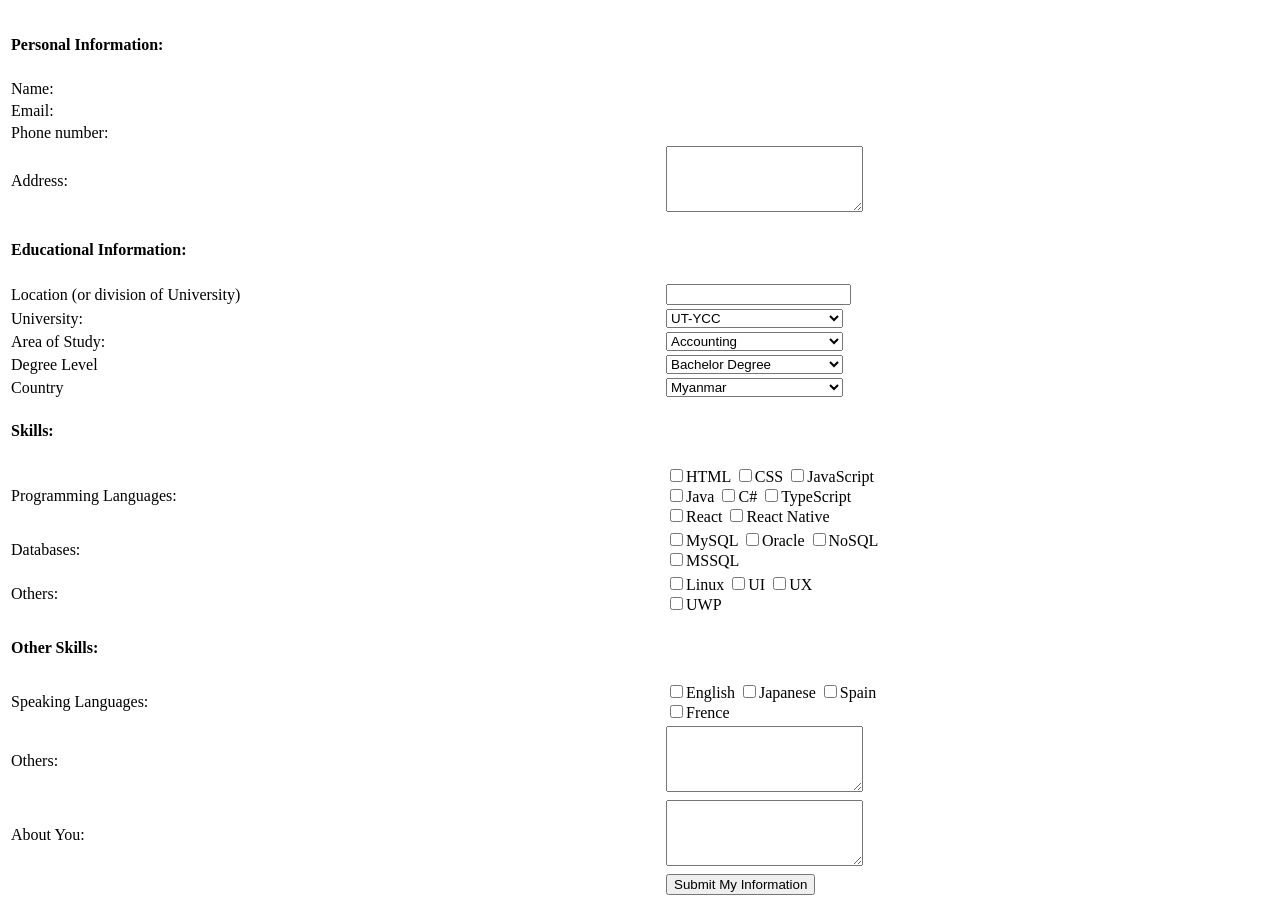
Repository: mrhpn/JavaEE--JSP-SERVLET
Page: http://localhost/JSP_JSTL/read-cv-form.jsp
The author's editor kept a copy of each file at every save. The page is drawn from the files as they stood at one save, then again after the next save.
The browser window is 1280 px wide. The pictures show the whole page.
The page is served by Tomcat 9.

Above is the page before, as saved 2021-04-01 11:04:59.

### JSP_JSTL/WebContent/read-cv-form.jsp
<%@ page language="java" contentType="text/html; charset=ISO-8859-1"
    pageEncoding="ISO-8859-1"%>
<!DOCTYPE html>
<html>
<head>
<meta charset="ISO-8859-1">
<title>Insert title here</title>
</head>
<body>
	<table style="width: 100%">
			<tr>
				<th></th>
				<th></th>
			</tr>
			<tr>
				<td>
					<h4>Personal Information:</h4>
				</td>
			</tr>
			<tr>
				<td>Name:</td>
				<td>${param.name}</td>
			</tr>
			<tr>
				<td>Email:</td>
				<td>${param.email}</td>
			</tr>
			<tr>
				<td>Phone number:</td>
				<td>${param.phone}</td>
			</tr>
			<tr>
				<td>Address:</td>
				<td><textarea rows="4" cols="22" name="address"></textarea></td>
			</tr>
			<tr>
				<td>
					<h4>Educational Information:</h4>
				</td>
			</tr>
			<tr>
				<td>Location (or division of University)</td>
				<td><input type="text" name="division"></td>
			</tr>
			<tr>
				<td>University:</td>
				<td><select name="university" required="required"
					style="width: 177px">
						<option disabled="disabled">Choose University</option>
						<option value="utycc">UT-YCC</option>
						<option value="ucsy">UCSY</option>
						<option value="ucsm">UCSM</option>
				</select></td>
			</tr>
			<tr>
				<td>Area of Study:</td>
				<td><select name="areaOfStudy" required="required"
					style="width: 177px">
						<option disabled="disabled">Choose Area of Study</option>
						<option value="Accounting">Accounting</option>
						<option value="Art">Art</option>
						<option value="Information Technology">Information
							Technology</option>
				</select></td>
			</tr>
			<tr>
				<td>Degree Level</td>
				<td><select name="degreeLevel" required="required"
					style="width: 177px">
						<option disabled="disabled">Choose Degree Level</option>
						<option value="be">Bachelor Degree</option>
						<option value="me">Master Degree</option>
						<option value="phd">PHD</option>
				</select></td>
			</tr>
			<tr>
				<td>Country</td>
				<td><select name="country" required="required"
					style="width: 177px">
						<option disabled="disabled">Choose Country</option>
						<option value="Myanmar">Myanmar</option>
						<option value="UK">UK</option>
						<option value="USA">USA</option>
				</select></td>
			</tr>
			<tr>
				<td>
					<h4>Skills:</h4>
				</td>
			</tr>
			<tr>
				<td>Programming Languages:</td>
				<td><input type="checkbox" name="skillLanguages" value="HTML" />HTML
					<input type="checkbox" name="skillLanguages" value="CSS" />CSS <input
					type="checkbox" name="skillLanguages" value="JavaScript" />JavaScript
					<br> <input type="checkbox" name="skillLanguages" value="Java" />Java
					<input type="checkbox" name="skillLanguages" value="C#" />C# <input
					type="checkbox" name="skillLanguages" value="TypeScript" />TypeScript
					<br> <input type="checkbox" name="skillLanguages"
					value="React" />React <input type="checkbox" name="skillLanguages"
					value="React Native" />React Native <br></td>
			</tr>
			<tr>
				<td>Databases:</td>
				<td><input type="checkbox" name="skillDatabases" value="MySQL" />MySQL
					<input type="checkbox" name="skillDatabases" value="Oracle" />Oracle
					<input type="checkbox" name="skillDatabases" value="NoSQL" />NoSQL
					<br> <input type="checkbox" name="skillDatabases"
					value="MSSQL" />MSSQL</td>
			</tr>
			<tr>
				<td>Others:</td>
				<td><input type="checkbox" name="skillOthers" value="Linux" />Linux
					<input type="checkbox" name="skillOthers" value="UI" />UI <input
					type="checkbox" name="skillOthers" value="UX" />UX <br> <input
					type="checkbox" name="skillOthers" value="UWP" />UWP</td>
			</tr>
			<tr>
				<td>
					<h4>Other Skills:</h4>
				</td>
			</tr>
			<tr>
				<td>Speaking Languages:</td>
				<td><input type="checkbox" name="skillLanguages"
					value="English" />English <input type="checkbox"
					name="skillLanguages" value="Japanese" />Japanese <input
					type="checkbox" name="skillLanguages" value="Spain" />Spain <br>
					<input type="checkbox" name="skillLanguages" value="Java" />Frence
				</td>
			</tr>
			<tr>
				<td>Others:</td>
				<td><textarea rows="4" cols="22" name="otherSkillsText"></textarea>
				</td>
			</tr>
			<tr>
				<td>About You:</td>
				<td><textarea rows="4" cols="22" name="aboutYou"></textarea></td>
			</tr>
			<tr>
				<td></td>
				<td><input type="submit" value="Submit My Information">
			</tr>
		</table>
</body>
</html>

After the next save:
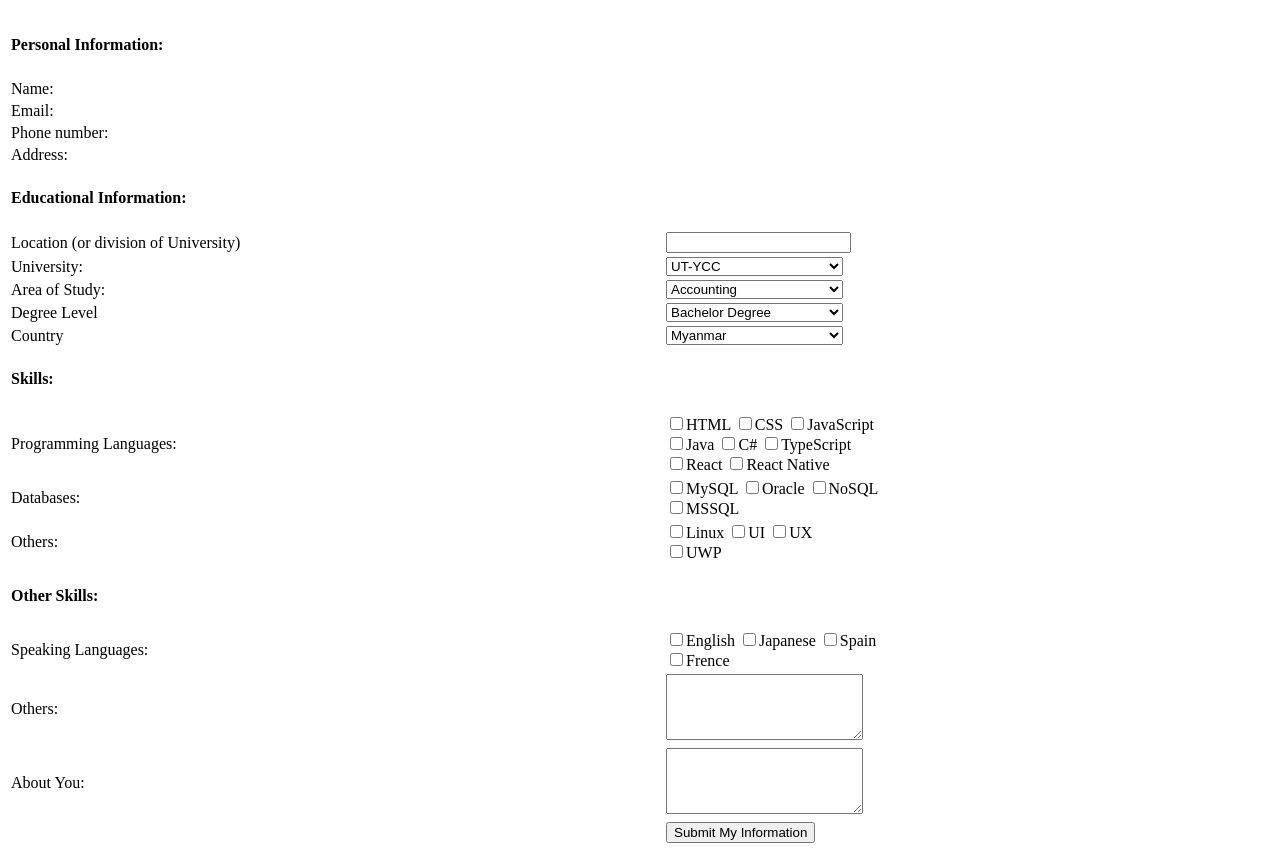
Saved 28 s later.
--- a/JSP_JSTL/WebContent/read-cv-form.jsp
+++ b/JSP_JSTL/WebContent/read-cv-form.jsp
@@ -31,7 +31,7 @@
 			</tr>
 			<tr>
 				<td>Address:</td>
-				<td><textarea rows="4" cols="22" name="address"></textarea></td>
+				<td>${param.address}</td>
 			</tr>
 			<tr>
 				<td>
